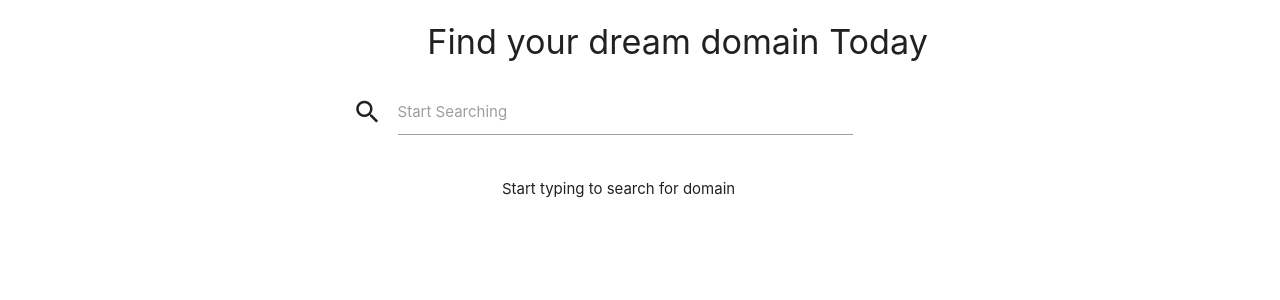
Repository: habib-urrehmaan/domain-name-searcher
Page: / (app in client/)
The author's editor kept a copy of each file at every save. The page is drawn from the files as they stood at one save, then again after the next save.
The browser window is 1280 px wide. The pictures show the whole page.
The project was rebuilt for these pictures with package versions that can differ from the ones it lists, and the page was loaded fresh each time. Also part of the build but not shown: client/src/Suggested.js.

Above is the page before, as saved 2020-04-17 21:47:11.

### client/public/index.html
<!DOCTYPE html>
<html lang="en">
  <head>
    <meta charset="utf-8" />
    <link rel="icon" href="%PUBLIC_URL%/favicon.ico" />
    <meta name="viewport" content="width=device-width, initial-scale=1" />
    <meta name="theme-color" content="#000000" />
    <meta
      name="description"
      content="Web site created using create-react-app"
    />
    <link rel="apple-touch-icon" href="%PUBLIC_URL%/logo192.png" />
    <!--
      manifest.json provides metadata used when your web app is installed on a
      user's mobile device or desktop. See https://developers.google.com/web/fundamentals/web-app-manifest/
    -->
    <link rel="manifest" href="%PUBLIC_URL%/manifest.json" />
    <!--
      Notice the use of %PUBLIC_URL% in the tags above.
      It will be replaced with the URL of the `public` folder during the build.
      Only files inside the `public` folder can be referenced from the HTML.

      Unlike "/favicon.ico" or "favicon.ico", "%PUBLIC_URL%/favicon.ico" will
      work correctly both with client-side routing and a non-root public URL.
      Learn how to configure a non-root public URL by running `npm run build`.
    -->
    <link rel="stylesheet" href="https://cdnjs.cloudflare.com/ajax/libs/materialize/1.0.0/css/materialize.min.css">
    <link href="https://fonts.googleapis.com/icon?family=Material+Icons" rel="stylesheet">
     <!-- Compiled and minified JavaScript -->
     <script src="https://cdnjs.cloudflare.com/ajax/libs/materialize/1.0.0/js/materialize.min.js"></script>
    <title>React App</title>
  </head>
  <body>
    <noscript>You need to enable JavaScript to run this app.</noscript>
    <div id="root"></div>
    <!--
      This HTML file is a template.
      If you open it directly in the browser, you will see an empty page.

      You can add webfonts, meta tags, or analytics to this file.
      The build step will place the bundled scripts into the <body> tag.

      To begin the development, run `npm start` or `yarn start`.
      To create a production bundle, use `npm run build` or `yarn build`.
    -->
  </body>
</html>

### client/src/index.js
import React from 'react';
import ReactDOM from 'react-dom';
import './index.css';
import App from './App';

ReactDOM.render(
  <React.StrictMode>
    <App />
  </React.StrictMode>,
  document.getElementById('root')
);

// If you want your app to work offline and load faster, you can change
// unregister() to register() below. Note this comes with some pitfalls.
// Learn more about service workers: https://bit.ly/CRA-PWA
// serviceWorker.unregister();

### client/src/App.js
import React from 'react';
import Search from './Search';
import Output from './Output';

class App extends React.Component {

  constructor(props)
  {
    super(props);
    this.state ={
      output:null
    }
  }


  setAppOutput = (outputData) =>
  {
    console.log("setting output value")

    this.setState({
      output:outputData
    })
  }

  render()
  {
    return (
      <>
      <div className="App container">
        <Search setOutput={this.setAppOutput}/>
        <Output data={this.state.output}/>
      </div>
      </>
    );
  }
}

export default App;

### client/src/Search.js
import React, { Component } from 'react'
import axios from 'axios'

class Search extends Component {

    constructor(props)
    {
        super(props);
        console.log(props)
    }

    onChangeHandler = (e) =>
    {
        axios({
            'method': 'GET',
            'url': `/domain/search?domain=${e.target.value}`,
            'ContentType':'application/json'
        }).then((response)=>{

            var obj = JSON.parse(response.data.data);
            this.props.setOutput(obj);
        }).catch(error=>{
            console.log(error);
        });
    }

    render() {
        return (
            <div>
                <div className="row">
                    <div className="col offset-s3">
                        <h4>Find your dream domain Today</h4>
                    </div>
                    <div className="input-field col s7 offset-s2">
                        <i className="material-icons prefix">search</i>
                        <input id="search" type="text" className="validate" onChange={this.onChangeHandler}/>
                        <label htmlFor="search">Start Searching</label>
                    </div>
                </div>
            </div>
        )
    }
}

export default Search;

### client/src/Output.js
import React from 'react'
import Suggested from './Suggested';

export default function Output(props) {

    let {data} = props;

    return (
        <div className="row">
        {(data)?(<div className="col offset-s4">{
            (data.available)?(<div><span>Congratulations! This domain is available</span><br/><span className="col offset-s4"><b>For:</b>{" "+data.currency+" "+data.price}</span></div>):
            (data.code)?(<div>{data.message}</div>):(<div><Suggested domain={data.domain}/></div>)}</div>)
            :(<div className="col offset-s4">Start typing to search for domain</div>)}
        </div>
    )
}

Loaded but not shown: client/src/index.css (common file)

After the next save:
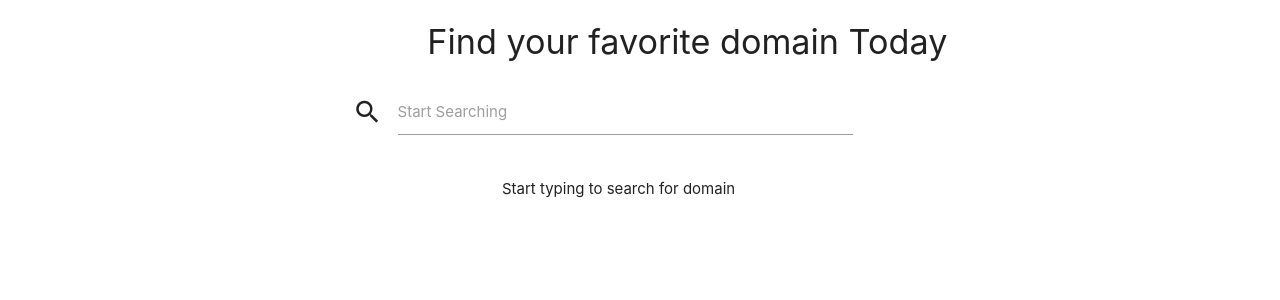
Saved 61 s later.
--- a/client/src/Search.js
+++ b/client/src/Search.js
@@ -29,7 +29,7 @@ class Search extends Component {
             <div>
                 <div className="row">
                     <div className="col offset-s3">
-                        <h4>Find your dream domain Today</h4>
+                        <h4>Find your favorite domain Today</h4>
                     </div>
                     <div className="input-field col s7 offset-s2">
                         <i className="material-icons prefix">search</i>
